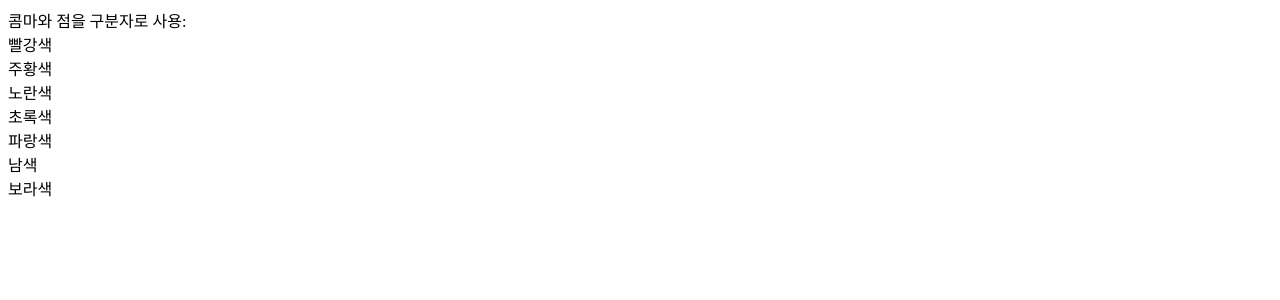
Repository: jjanggu1990/kh_java
Page: http://localhost/JSP_EX/day0330/use_fortokens_tag.jsp
These files come from the project's save history. The page is drawn as it stood at one moment and after the next save; the edit follows.
The browser window is 1280 px wide. The pictures show the whole page.
The page is served by Tomcat 9. Other server files are loaded and not shown.

Above is the page before, as saved 2016-03-30 12:05:10.

### workspace/JSP_EX/WebContent/day0330/use_fortokens_tag.jsp
<%@ page contentType = "text/html; charset=euc-kr" %>
<%@ taglib prefix="c" uri="http://java.sun.com/jsp/jstl/core" %>

<html>
<head><title>forTokens 태그</title></head>
<body>

콤마와 점을 구분자로 사용:<br>
<c:forTokens var="token"
             items="빨강색,.주황색.노란색.초록색,파랑색,남색.보라색"
             delims=",.">
${token} <br>
</c:forTokens>

</body>
</html>

After the next save:
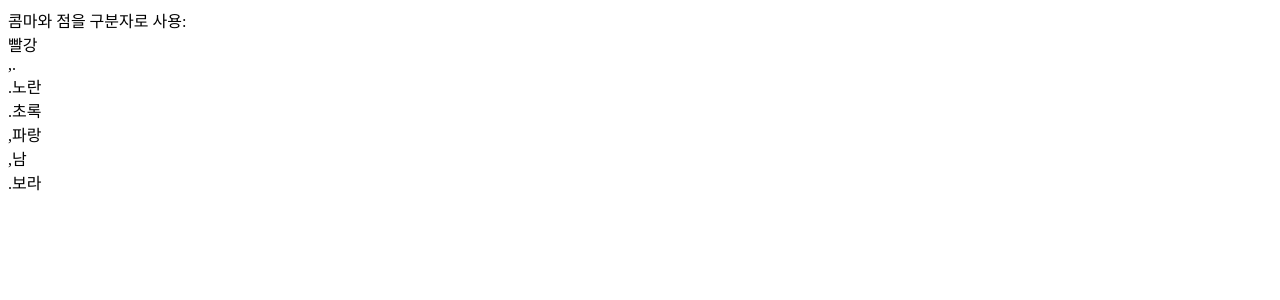
Saved 34 s later.
--- a/workspace/JSP_EX/WebContent/day0330/use_fortokens_tag.jsp
+++ b/workspace/JSP_EX/WebContent/day0330/use_fortokens_tag.jsp
@@ -8,7 +8,7 @@
 콤마와 점을 구분자로 사용:<br>
 <c:forTokens var="token"
              items="빨강색,.주황색.노란색.초록색,파랑색,남색.보라색"
-             delims=",.">
+             delims="주황색">
 ${token} <br>
 </c:forTokens>
 
